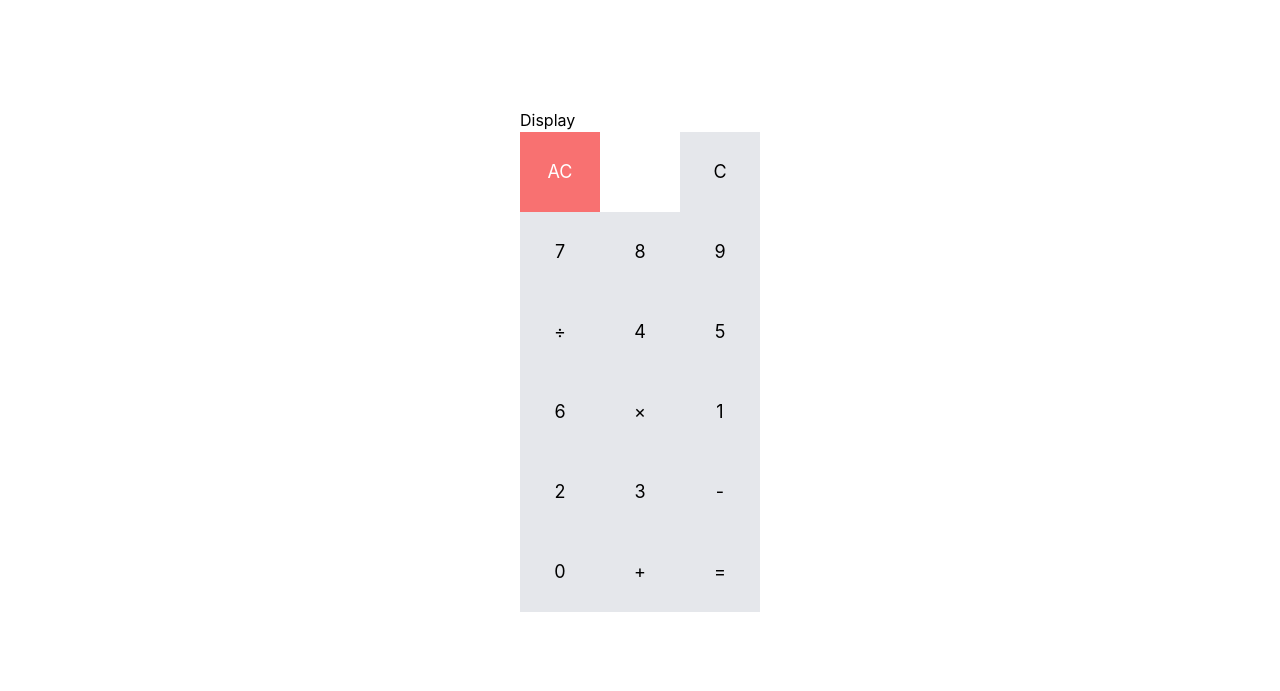
Repository: BrianPhamDev/calculator_app
Page: /
The author's editor kept a copy of each file at every save. The page is drawn from the files as they stood at one save, then again after the next save.
The browser window is 1280 px wide. The pictures show the whole page.
The project was rebuilt for these pictures with package versions that can differ from the ones it lists, and the page was loaded fresh each time. Also part of the build but not shown: vite.config.js.

Above is the page before, as saved 2024-01-09 14:25:27.

After the next save:
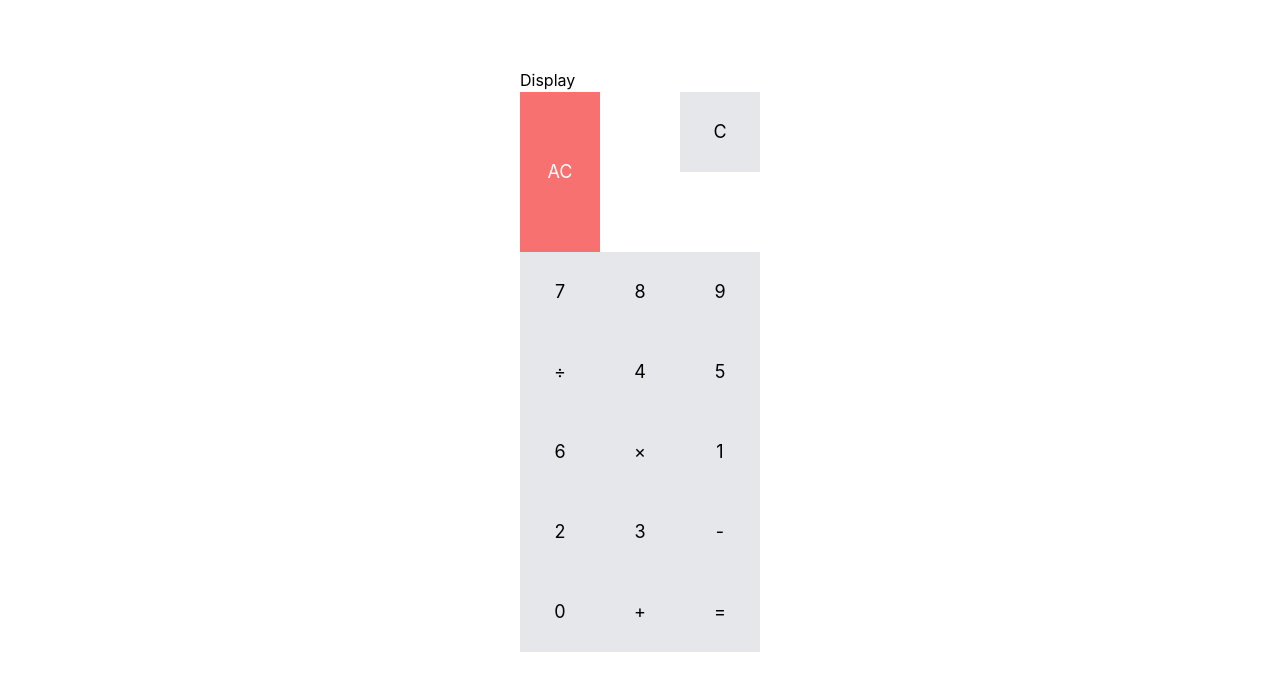
Saved 27 s later.
--- a/src/components/Calculator.jsx
+++ b/src/components/Calculator.jsx
@@ -2,7 +2,7 @@ import { calculatorButtons } from "../globals/calculator-button-data";
 
 const Calculator = () => {
   const specialClasses = {
-    ac: "col-span-2 bg-red-400 text-white",
+    ac: "col-span-2 h-40 bg-red-400 text-white",
   };
   return (
     <div className="">
